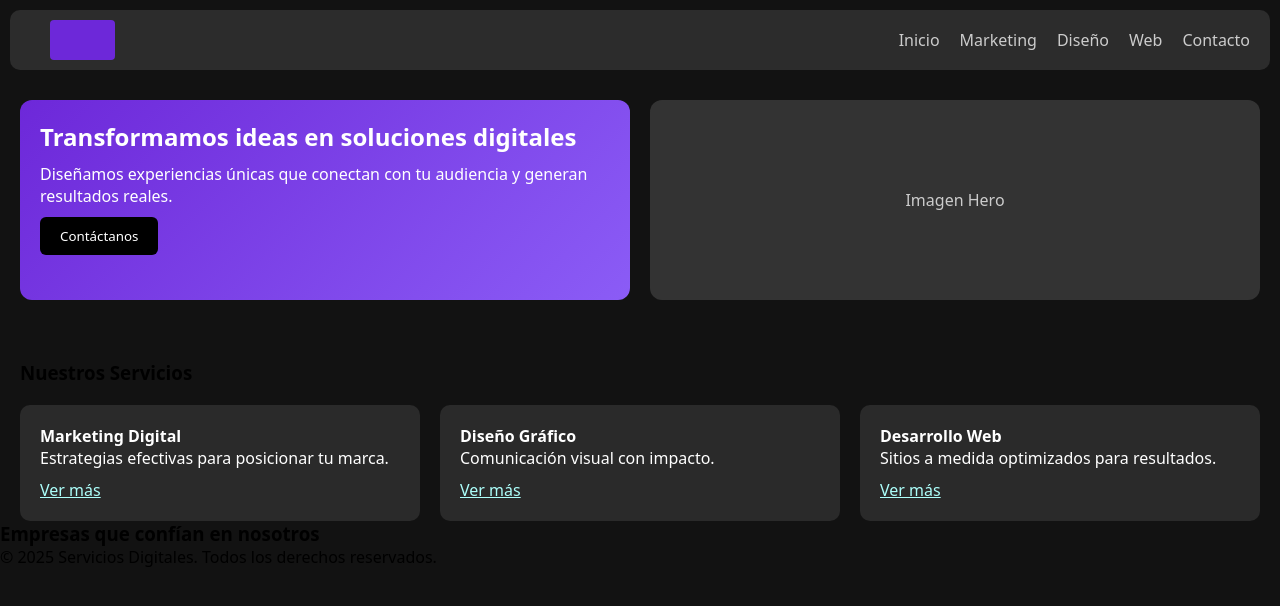
Repository: santinogarrone/TrabajoAgustin
Page: html/index.html
An editor plug-in stored every save of this project. The page is shown before and after the next save, followed by the edit.
The browser window is 1280 px wide. The pictures show the whole page.

Above is the page before, as saved 2025-05-02 11:56:35.

After the next save:
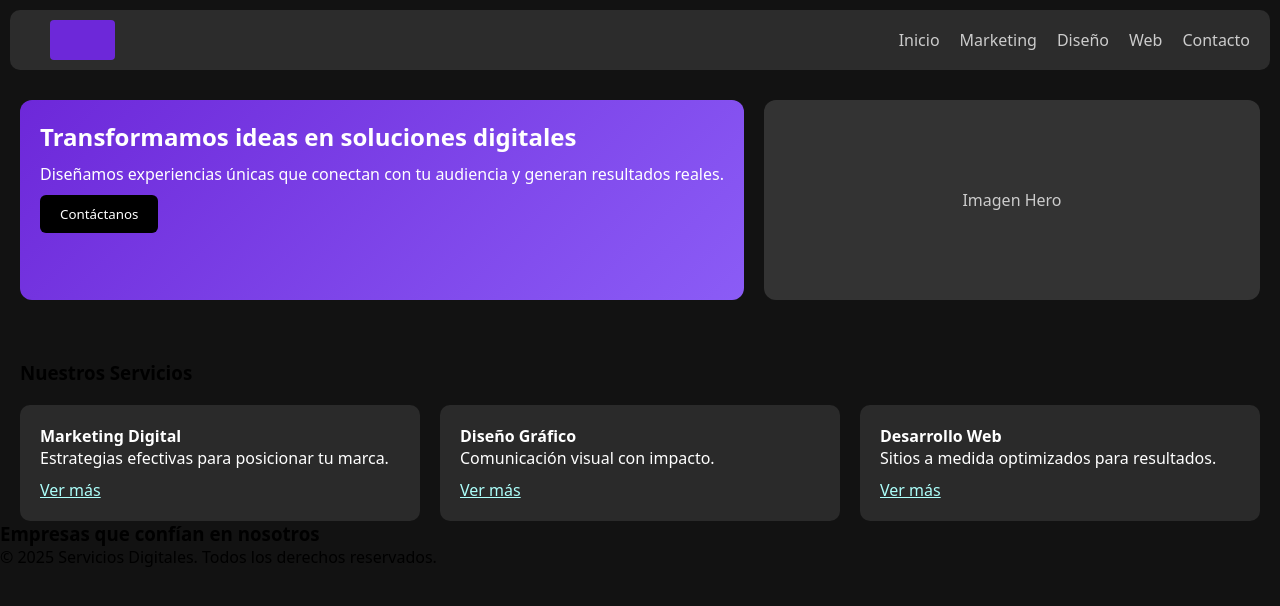
Saved 6 s later.
--- a/css/style.css
+++ b/css/style.css
@@ -73,7 +73,6 @@ header{
     color: var(--texto-color);
     padding: 20px;
     border-radius: 12px;
-    flex: 1 1 300px;
   }
 
   .hero-texto h2 {
